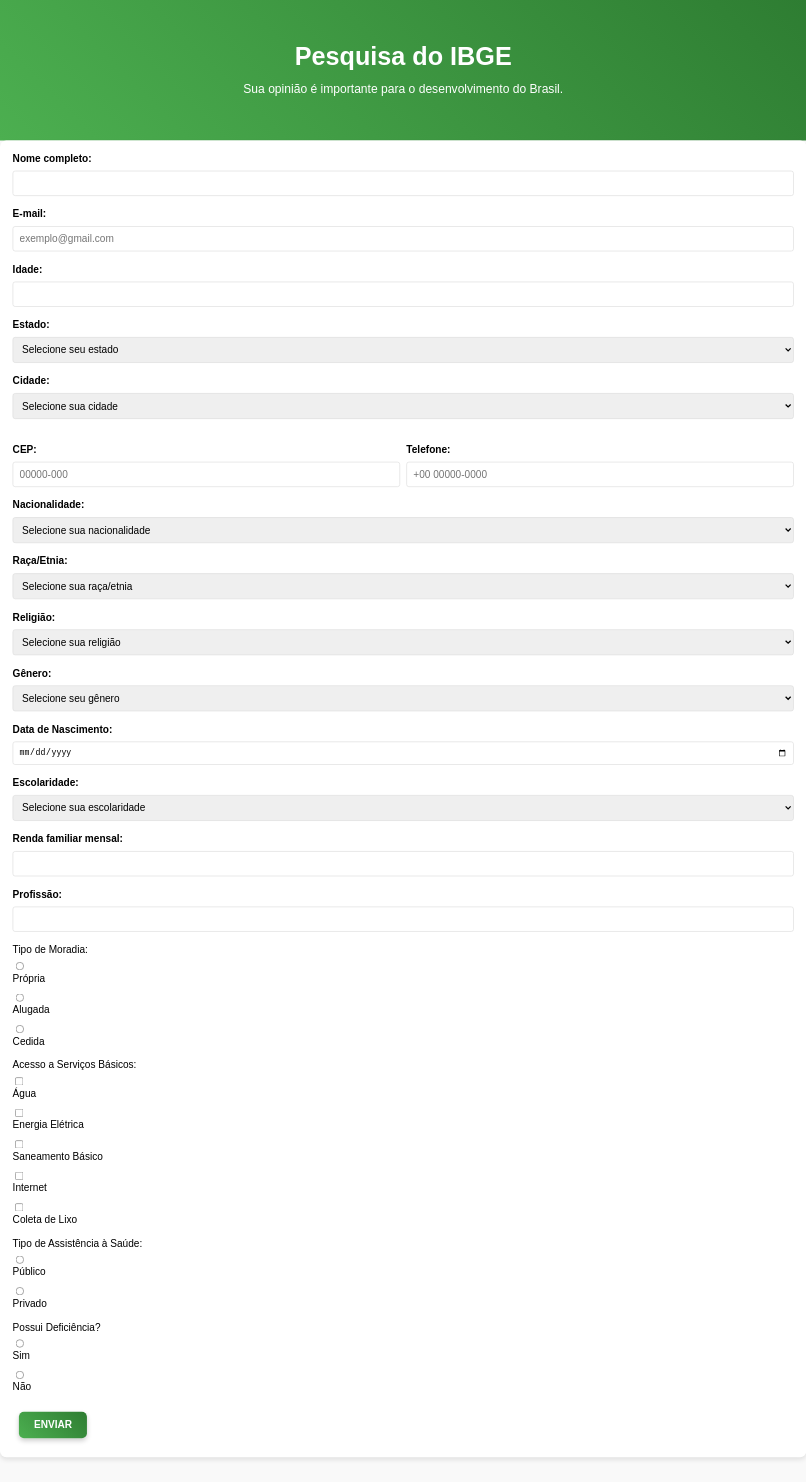
Repository: Gabrielb0rn/Projeto-Formul-rio.io
Page: index.html
These files come from the project's save history. The page is drawn as it stood at one moment and after the next save; the edit follows.
The browser window is 1280 px wide. The pictures show the whole page, at 63% of full size.

Above is the page before, as saved 2024-07-01 08:40:53.

### index.html
<!DOCTYPE html>
<html lang="pt-BR">
<head>
    <meta charset="UTF-8">
    <meta name="viewport" content="width=device-width, initial-scale=1.0">
    <title>Pesquisa do IBGE</title>
    <link rel="stylesheet" href="assets/style.css">
</head>
<body>
    <header>
        <div class="container">
            <h1>Pesquisa do IBGE</h1>
            <p>Sua opinião é importante para o desenvolvimento do Brasil.</p>
        </div>
    </header>
    <main>
        <div class="campo">
            <form id="form">
                <div class="form-group">
                    <label for="nome">Nome completo:</label>
                    <input type="text" id="nome" name="nome" required>
                </div>
                <div class="form-group">
                    <label for="email">E-mail:</label>
                    <input type="email" id="email" name="email" required placeholder="exemplo@gmail.com">
                </div>
                <div class="form-group">
                    <label for="idade">Idade:</label>
                    <input type="number" id="idade" name="idade" required>
                </div>
                <div class="form-group">
                    <label for="estado">Estado:</label>
                    <select id="estado" name="estado" required>
                        <option value="">Selecione seu estado</option>
                        <option value="AC">Acre</option>
                        <option value="AL">Alagoas</option>
                        <option value="AP">Amapá</option>
                        <option value="AM">Amazonas</option>
                        <option value="BA">Bahia</option>
                        <option value="CE">Ceará</option>
                        <option value="DF">Distrito Federal</option>
                        <option value="ES">Espírito Santo</option>
                        <option value="GO">Goiás</option>
                        <option value="MA">Maranhão</option>
                        <option value="MG">Minas Gerais</option>
                        <option value="MS">Mato Grosso do Sul</option>
                        <option value="MT">Mato Grosso</option>
                        <option value="PA">Pará</option>
                        <option value="PB">Paraíba</option>
                        <option value="PE">Pernambuco</option>
                        <option value="PI">Piauí</option>
                        <option value="PR">Paraná</option>
                        <option value="RJ">Rio de Janeiro</option>
                        <option value="RN">Rio Grande do Norte</option>
                        <option value="RO">Rondônia</option>
                        <option value="RR">Roraima</option>
                        <option value="RS">Rio Grande do Sul</option>
                        <option value="SC">Santa Catarina</option>
                        <option value="SE">Sergipe</option>
                        <option value="SP">São Paulo</option>
                        <option value="TO">Tocantins</option>
                    </select>
                </div>
                <div class="form-group inline-group">
                    <div class="form-group">
                        <label for="cidade">Cidade:</label>
                        <select id="cidade" name="cidade" required>
                            <option value="">Selecione sua cidade</option>
                        </select>
                    </div>
                </div>
                <div class="form-group inline-group">
                    <div>
                        <label for="cep">CEP:</label>
                        <input type="text" id="cep" name="cep" required placeholder="00000-000">
                    </div>
                    <div>
                        <label for="telefone">Telefone:</label>
                        <input type="tel" id="telefone" name="telefone" required placeholder="+00 00000-0000">
                    </div>
                </div>
                <div class="form-group">
                    <label for="nacionalidade">Nacionalidade:</label>
                    <select id="nacionalidade" name="nacionalidade" required>
                        <option value="">Selecione sua nacionalidade</option>
                        <option value="Brasileiro">Brasileiro</option>
                        <option value="Estrangeiro">Estrangeiro</option>
                    </select>
                </div>
                <div class="form-group">
                    <label for="raca">Raça/Etnia:</label>
                    <select id="raca" name="raca" required>
                        <option value="">Selecione sua raça/etnia</option>
                        <option value="Branca"></option>
                        <option value="Preta"></option>
                        <option value="Parda"></option>
                        <option value="Amarela"></option>
                        <option value="Indígena"></option>
                        <option value="Alien"></option>
                    </select>
                </div>
                <div class="form-group">
                    <label for="religiao">Religião:</label>
                    <select id="religiao" name="religiao" required>
                        <option value="">Selecione sua religião</option>
                        <option value="Católica"></option>
                        <option value="Evangélica"></option>
                        <option value="Espírita"></option>
                        <option value="Outras"></option>
                    </select>
                </div>
                <div class="form-group">
                    <label for="genero">Gênero:</label>
                    <select id="genero" name="genero" required>
                        <option value="">Selecione seu gênero</option>
                        <option value="Masculino">Masculino</option>
                        <option value="Feminino">Feminino</option>
                        <option value="Outro">Outro</option>
                    </select>
                </div>
                <div class="form-group">
                    <label for="data_nascimento">Data de Nascimento:</label>
                    <input type="date" id="data_nascimento" name="data_nascimento" required>
                </div>
                <div class="form-group">
                    <label for="escolaridade">Escolaridade:</label>
                    <select id="escolaridade" name="escolaridade" required>
                        <option value="">Selecione sua escolaridade</option>
                        <option value="Ensino Fundamental Incompleto">Ensino Fundamental Incompleto</option>
                        <option value="Ensino Fundamental Completo">Ensino Fundamental Completo</option>
                        <option value="Ensino Médio Incompleto">Ensino Médio Incompleto</option>
                        <option value="Ensino Médio Completo">Ensino Médio Completo</option>
                        <option value="Superior Incompleto">Superior Incompleto</option>
                        <option value="Superior Completo">Superior Completo</option>
                        <option value="Pós-Graduação">Pós-Graduação</option>
                    </select>
                </div>
                <div class="form-group">
                    <label for="renda">Renda familiar mensal:</label>
                    <input type="number" id="renda" name="renda" required>
                </div>
                <div class="form-group">
                    <label for="profissao">Profissão:</label>
                    <input type="text" id="profissao" name="profissao">
                </div>
                <div class="form-group radio-group">
                    <label>Tipo de Moradia:</label>
                    <div>
                        <input type="radio" id="propria" name="moradia" value="propria">
                        <label for="propria">Própria</label>
                    </div>
                    <div>
                        <input type="radio" id="alugada" name="moradia" value="alugada">
                        <label for="alugada">Alugada</label>
                    </div>
                    <div>
                        <input type="radio" id="cedida" name="moradia" value="cedida">
                        <label for="cedida">Cedida</label>
                    </div>
                </div>
                <div class="form-group checkbox-group">
                    <label>Acesso a Serviços Básicos:</label>
                    <div>
                        <input type="checkbox" id="agua" name="servicos" value="agua">
                        <label for="agua">Água</label>
                    </div>
                    <div>
                        <input type="checkbox" id="energia" name="servicos" value="energia">
                        <label for="energia">Energia Elétrica</label>
                    </div>
                    <div>
                        <input type="checkbox" id="saneamento" name="servicos" value="saneamento">
                        <label for="saneamento">Saneamento Básico</label>
                    </div>
                    <div>
                        <input type="checkbox" id="internet" name="servicos" value="internet">
                        <label for="internet">Internet</label>
                    </div>
                    <div>
                        <input type="checkbox" id="coleta" name="servicos" value="coleta">
                        <label for="coleta">Coleta de Lixo</label>
                    </div>
                </div>
                <div class="form-group radio-group">
                    <label>Tipo de Assistência à Saúde:</label>
                    <div>
                        <input type="radio" id="publico" name="saude" value="publico">
                        <label for="publico">Público</label>
                    </div>
                    <div>
                        <input type="radio" id="privado" name="saude" value="privado">
                        <label for="privado">Privado</label>
                    </div>
                </div>
                <div class="form-group radio-group">
                    <label>Possui Deficiência?</label>
                    <div>
                        <input type="radio" id="sim" name="deficiencia" value="sim">
                        <label for="sim">Sim</label>
                    </div>
                    <div>
                        <input type="radio" id="nao" name="deficiencia" value="nao">
                        <label for="nao">Não</label>
                    </div>
                </div>
                <button type="submit" class="btn">Enviar</button>
            </form>
        </div>
    </main>
    <script src="assets\scripts.js"></script>
</body>
</html>

### assets/style.css
/* Estilos Globais */
body {
    font-family: 'Arial', sans-serif;
    margin: 0;
    padding: 0;
    background-color: #f9f9f9;
}

header {
    background: linear-gradient(45deg, #4CAF50, #2E7D32);
    color: white;
    padding: 20px 0;
    text-align: center;
}

.container {
    width: 90%;
    max-width: 800px;
    margin: 0 auto;
    padding: 20px;
}

/* Estilos de Texto */
h1 {
    font-size: 2.5em;
    margin-bottom: 10px;
}

p {
    font-size: 1.2em;
    margin-bottom: 30px;
}

/* Estilos do Formulário */
form {
    background-color: white;
    padding: 20px;
    border-radius: 10px;
    box-shadow: 0 4px 8px rgba(0, 0, 0, 0.1);
    margin-bottom: 40px;
}

.form-group {
    margin-bottom: 20px;
}

label {
    display: block;
    margin-bottom: 5px;
    font-weight: bold;
}

input, select {
    width: 100%;
    padding: 10px;
    border: 1px solid #ddd;
    border-radius: 4px;
    box-sizing: border-box;
    font-size: 1em;
    margin-top: 5px;
}

input[type="radio"], input[type="checkbox"] {
    width: auto;
    margin-right: 10px;
}

input[type="date"] {
    padding: 9px;
}

button {
    background: linear-gradient(45deg, #4CAF50, #2E7D32);
    color: white;
    border: none;
    padding: 15px 30px;
    text-align: center;
    cursor: pointer;
    border-radius: 5px;
    font-size: 1.2em;
    margin-top: 20px;
    transition: background 0.3s ease, transform 0.2s ease;
    box-shadow: 0 4px 8px rgba(0, 0, 0, 0.1);
}

button:hover {
    background: linear-gradient(45deg, #45a049, #388E3C);
    transform: translateY(-2px);
}

/* Estilos Responsivos */
@media (max-width: 600px) {
    h1 {
        font-size: 2em;
    }

    p {
        font-size: 1em;
    }

    form {
        padding: 15px;
    }

    button {
        width: 100%;
        padding: 15px;
    }
}

.btn {
    display: inline-block;
    padding: 12px 24px;
    font-size: 1em;
    font-weight: bold;
    text-transform: uppercase;
    text-decoration: none;
    color: white;
    background: linear-gradient(45deg, #4CAF50, #2E7D32);
    border: none;
    border-radius: 8px;
    box-shadow: 0 4px 8px rgba(0, 0, 0, 0.2);
    cursor: pointer;
    transition: all 0.3s ease;
    margin: 10px;
}

.btn:hover {
    background: linear-gradient(45deg, #45a049, #388E3C);
    transform: translateY(-2px);
    box-shadow: 0 6px 12px rgba(0, 0, 0, 0.3);
}

.btn:active {
    transform: translateY(0);
    box-shadow: 0 4px 8px rgba(0, 0, 0, 0.2);
}

/* Estilos de Grupo de Inputs */
.form-group.inline-group {
    display: flex;
    flex-wrap: wrap;
    justify-content: space-between;
}

.form-group.inline-group > div {
    flex: 1;
    min-width: 45%;
}

.form-group.inline-group > div:not(:last-child) {
    margin-right: 10px;
}

/* Estilos de Serviços Básicos e Tipo de Moradia */
.form-group.checkbox-group, .form-group.radio-group {
    display: fixed;
    flex-wrap: wrap;
}

.form-group.checkbox-group > div, .form-group.radio-group > div {
    flex: 1;
    min-width: 45%;
    margin-bottom: 10px;
}

.form-group.checkbox-group label, .form-group.radio-group label {
    font-weight: normal;
}

### assets/scripts.js
document.addEventListener('DOMContentLoaded', function() {
    const estadoSelect = document.getElementById('estado');
    const cidadeSelect = document.getElementById('cidade');

    const cidadesPorEstado = {
        "AC": ["Rio Branco", "Cruzeiro do Sul", "Sena Madureira"],
        "AL": ["Maceió", "Arapiraca", "Palmeira dos Índios"],
        "AP": ["Macapá", "Santana", "Laranjal do Jari"],
        "AM": ["Manaus", "Parintins", "Itacoatiara"],
        "BA": ["Salvador", "Feira de Santana", "Vitória da Conquista"],
        "CE": ["Fortaleza", "Caucaia", "Juazeiro do Norte"],
        "DF": ["Brasília"],
        "ES": ["Vitória", "Vila Velha", "Serra"],
        "GO": ["Goiânia", "Aparecida de Goiânia", "Anápolis"],
        "MA": ["São Luís", "Imperatriz", "Timon"],
        "MG": ["Belo Horizonte", "Uberlândia", "Contagem"],
        "MS": ["Campo Grande", "Dourados", "Três Lagoas"],
        "MT": ["Cuiabá", "Várzea Grande", "Rondonópolis"],
        "PA": ["Belém", "Ananindeua", "Santarém"],
        "PB": ["João Pessoa", "Campina Grande", "Santa Rita"],
        "PE": ["Recife", "Jaboatão dos Guararapes", "Olinda"],
        "PI": ["Teresina", "Parnaíba", "Picos"],
        "PR": ["Curitiba", "Londrina", "Maringá"],
        "RJ": ["Rio de Janeiro", "Niterói", "Duque de Caxias"],
        "RN": ["Natal", "Mossoró", "Parnamirim"],
        "RO": ["Porto Velho", "Ji-Paraná", "Ariquemes"],
        "RR": ["Boa Vista", "Rorainópolis", "Caracaraí"],
        "RS": ["Porto Alegre", "Caxias do Sul", "Pelotas"],
        "SC": ["Florianópolis", "Joinville", "Blumenau"],
        "SE": ["Aracaju", "Nossa Senhora do Socorro", "Lagarto"],
        "SP": ["São Paulo", "Campinas", "São Bernardo do Campo"],
        "TO": ["Palmas", "Araguaína", "Gurupi"]
    };

    estadoSelect.addEventListener('change', function() {
        const estadoSelecionado = estadoSelect.value;
        cidadeSelect.innerHTML = '<option value="">Selecione sua cidade</option>'; //Script para limpar as outras opc

        if (estadoSelecionado) {
            const cidades = cidadesPorEstado[estadoSelecionado];
            cidades.forEach(function(cidade) {
                const option = document.createElement('option');
                option.value = cidade;
                option.textContent = cidade;
                cidadeSelect.appendChild(option);
            });
        }
    });
});

After the next save:
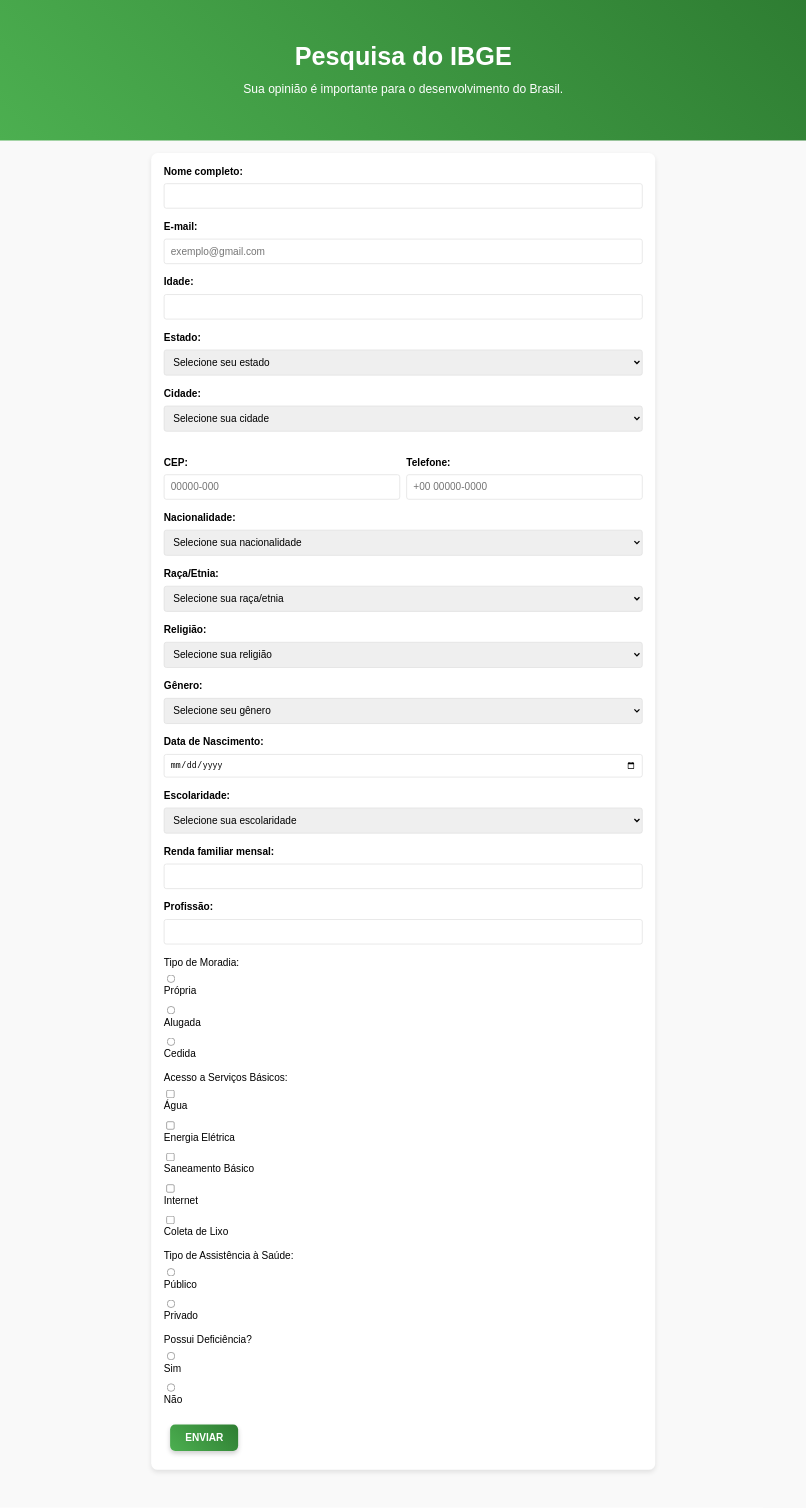
Saved 6 s later.
--- a/index.html
+++ b/index.html
@@ -14,7 +14,7 @@
         </div>
     </header>
     <main>
-        <div class="campo">
+        <div class="container">
             <form id="form">
                 <div class="form-group">
                     <label for="nome">Nome completo:</label>
